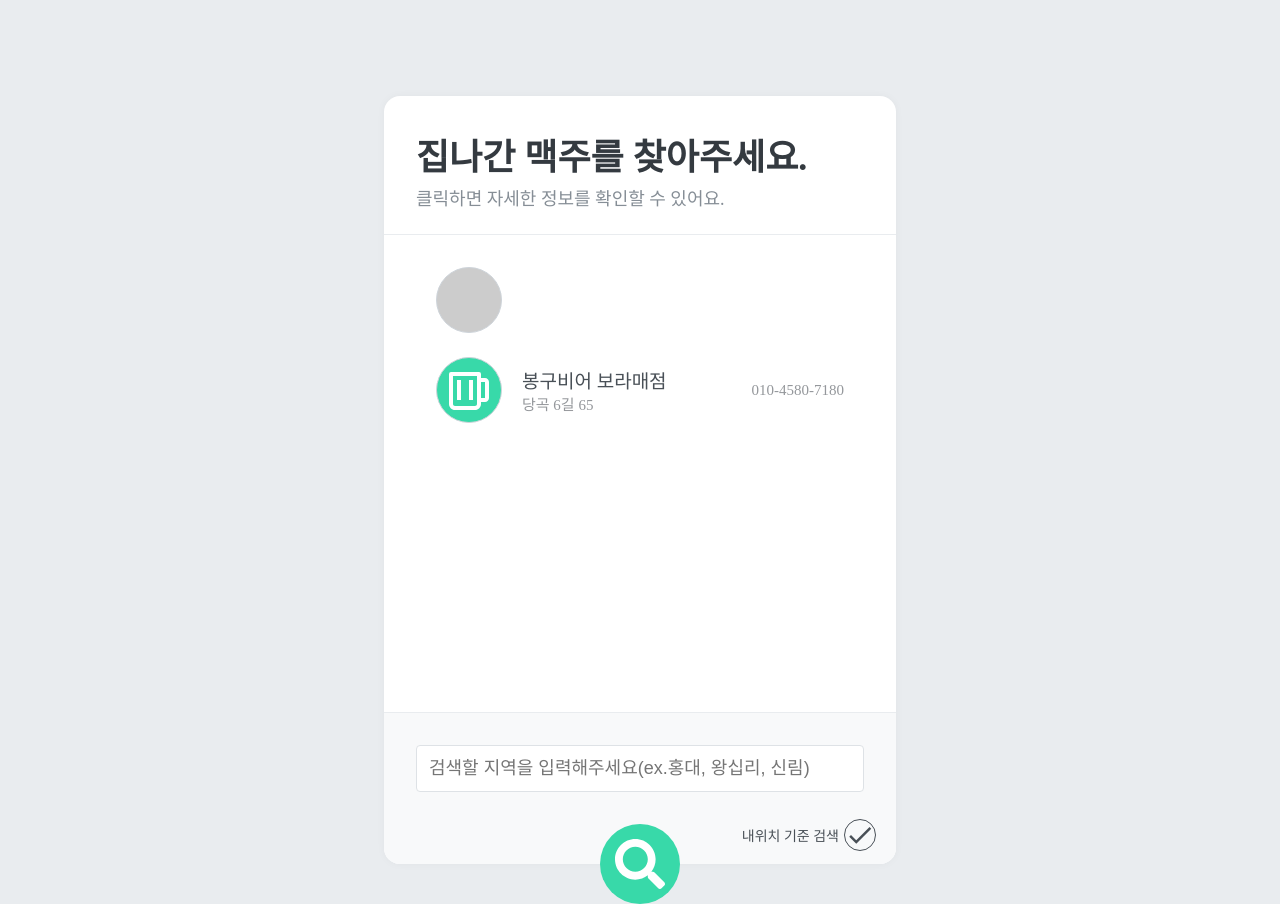
Repository: THE-SOPT-WEB/kimNamjun
Page: / (app in week4/bring-my-beer/)
An editor plug-in stored every save of this project. The page is shown before and after the next save, followed by the edit.
The browser window is 1280 px wide. The pictures show the whole page.
The project was rebuilt for these pictures with package versions that can differ from the ones it lists, and the page was loaded fresh each time.

Above is the page before, as saved 2022-05-13 03:23:25.

After the next save:
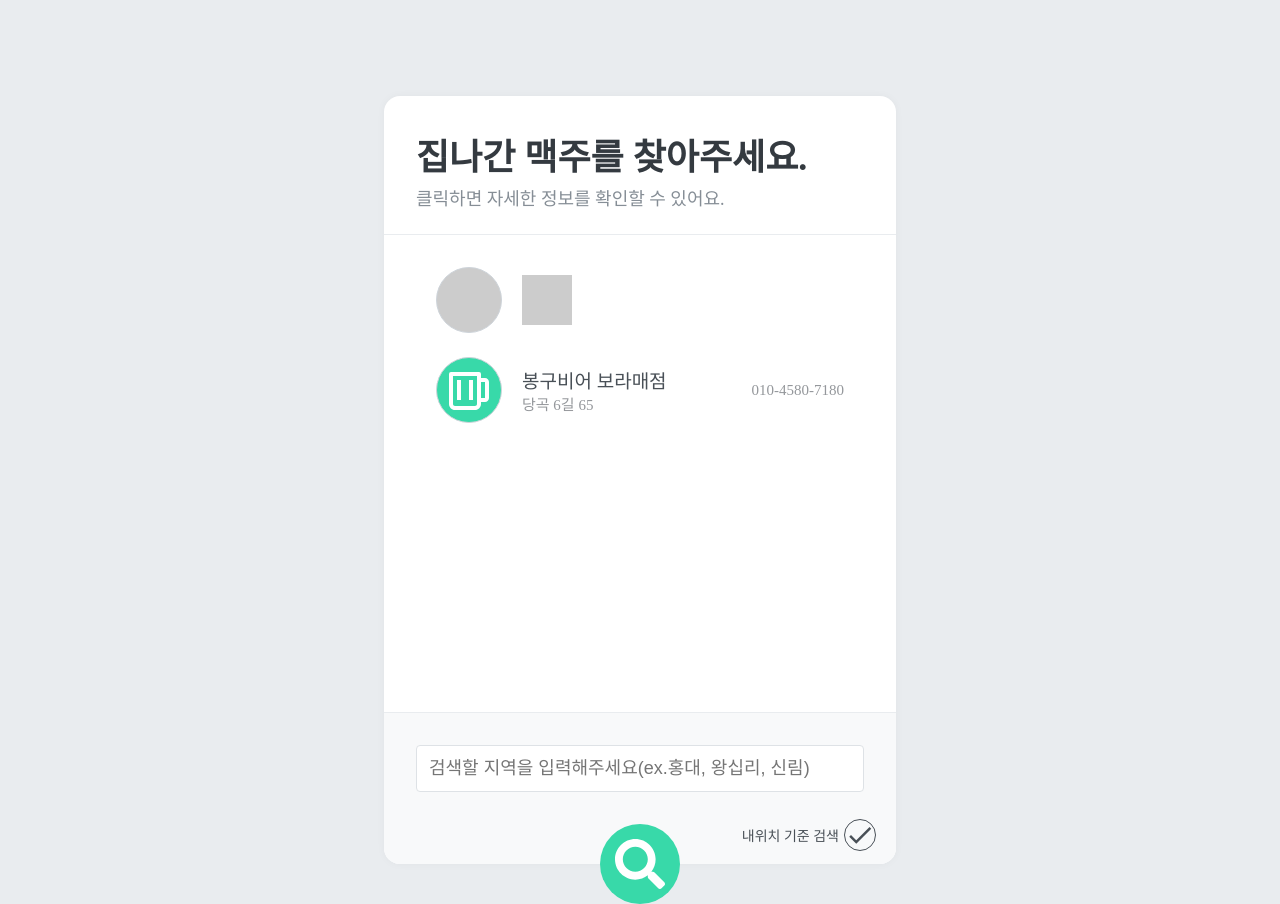
Saved 15 s later.
--- a/week4/bring-my-beer/src/components/SkeletonItem.jsx
+++ b/week4/bring-my-beer/src/components/SkeletonItem.jsx
@@ -33,7 +33,7 @@ const Adress = styled.div`
   width: 50px;
   height:50px;
   font-size: 15px;
-  color: #ccc;
+  background-color: #ccc;
 `
 
 const  Contact = styled.div`
